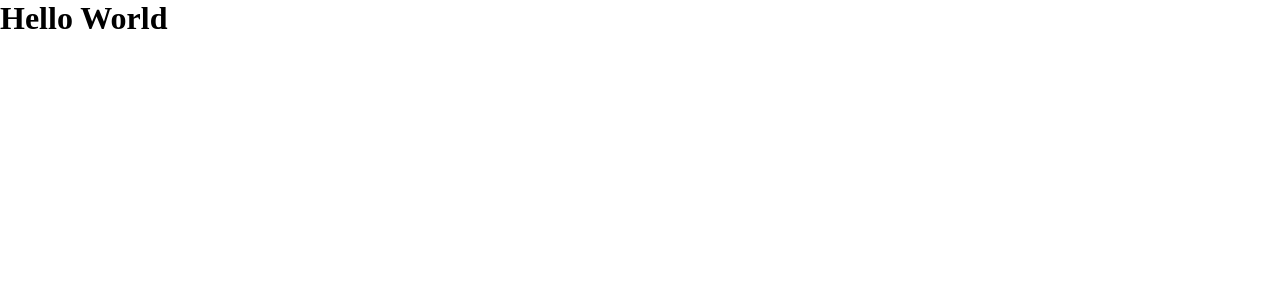
Repository: gccavalheiro/order-summary-card
Page: index.html
The author's editor kept a copy of each file at every save. The page is drawn from the files as they stood at one save, then again after the next save.
The browser window is 1280 px wide. The pictures show the whole page.

Above is the page before, as saved 2021-12-17 01:34:38.

After the next save:
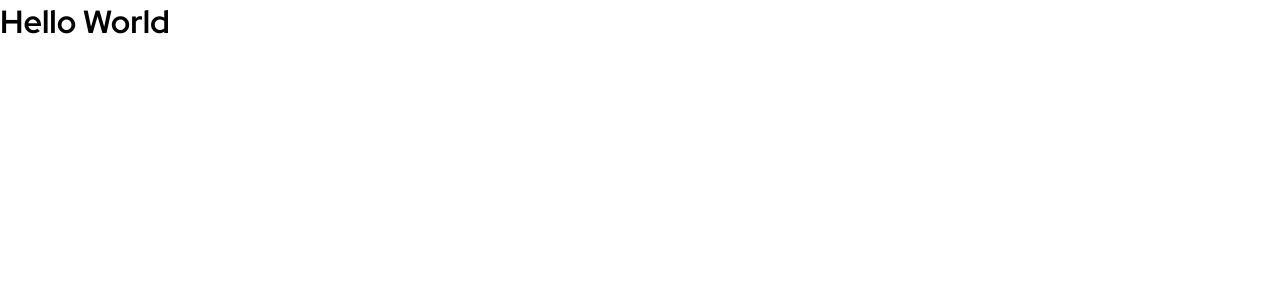
Saved 31 s later.
--- a/assets/css/main.css
+++ b/assets/css/main.css
@@ -7,3 +7,9 @@
   -webkit-font-smoothing: antialiased;
   -moz-osx-font-smoothing: grayscale;
 }
+
+
+body {
+  font-family: 'Red Hat Display', sans-serif;
+  font-size: 1rem;
+}

After the save that followed:
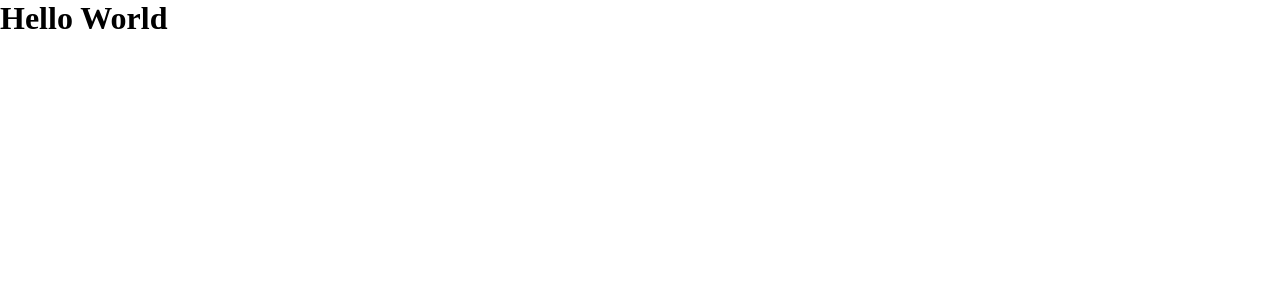
Saved 9 s later.
--- a/assets/css/main.css
+++ b/assets/css/main.css
@@ -10,6 +10,6 @@
 
 
 body {
-  font-family: 'Red Hat Display', sans-serif;
+
   font-size: 1rem;
 }
